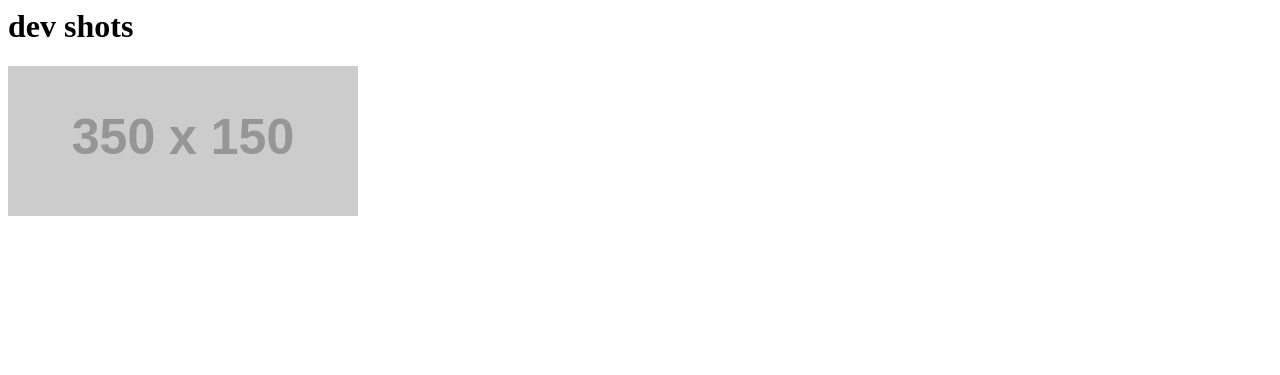
Repository: innaplx/exercises-devshots-html4-part1
Page: index.html
An editor plug-in stored every save of this project. The page is shown before and after the next save, followed by the edit.
The browser window is 1280 px wide. The pictures show the whole page.

Above is the page before, as saved 2018-08-17 17:41:18.

### index.html
<html>
    <head>
        <h1>dev shots</h1>
        <a href="https://placeholder.com"><img src="https://via.placeholder.com/350x150"></a>


    </head>


























</html>

After the next save:
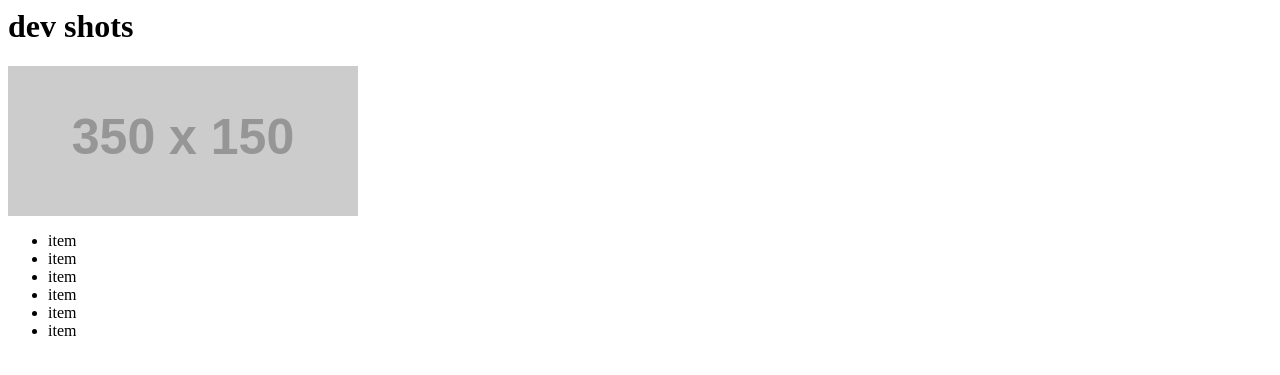
Saved 24 min 2 s later.
--- a/index.html
+++ b/index.html
@@ -2,7 +2,16 @@
     <head>
         <h1>dev shots</h1>
         <a href="https://placeholder.com"><img src="https://via.placeholder.com/350x150"></a>
-
+        <nav>
+            <ul>
+                <li><a herf="#" titel="item 1">item</a></li>
+                <li><a herf="#" titel="item 1">item</a></li>
+                <li><a herf="#" titel="item 1">item</a></li>
+                <li><a herf="#" titel="item 1">item</a></li>
+                <li><a herf="#" titel="item 1">item</a></li>
+                <li><a herf="#" titel="item 1">item</a></li>
+            </ul>
+        </nav>
 
     </head>
 
